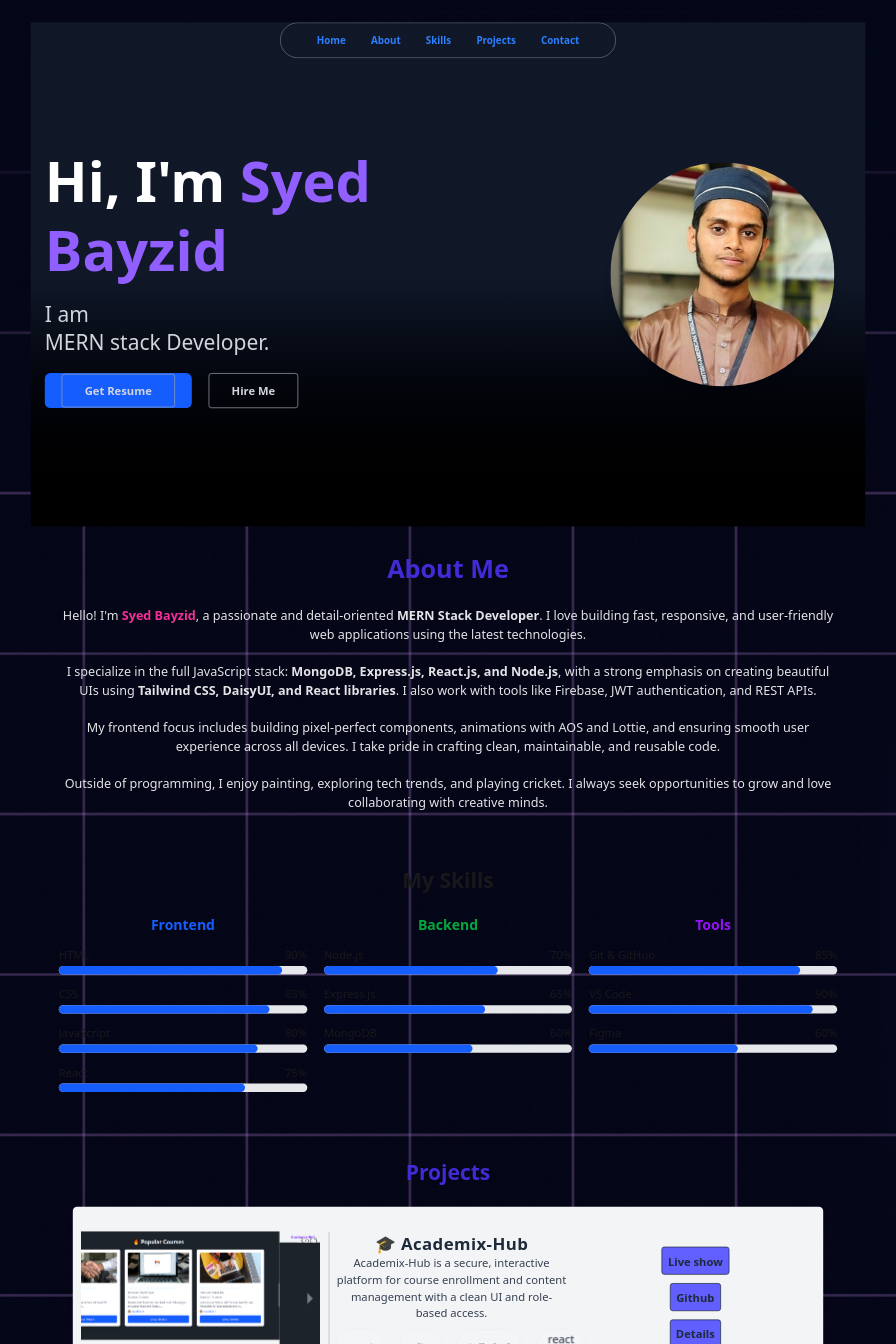
Repository: syedbayzid82849/syed-bayzid
Page: /
The author's editor kept a copy of each file at every save. The page is drawn from the files as they stood at one save, then again after a run of saves.
The browser window is 1280 px wide. The pictures show the part of the page from y = 0 to 1920 px (the page is 2972 px tall), at 70% of full size.
The project was rebuilt for these pictures with package versions that can differ from the ones it lists, and the page was loaded fresh each time. Also part of the build but not shown: vite.config.js, src/App.jsx.

Above is the page before, as saved 2025-08-11 16:54:20.

### index.html
<!doctype html>
<html lang="en">

<head>
  <meta charset="UTF-8" />
  <meta name="viewport" content="width=device-width, initial-scale=1.0" />
  <title>Syed Bayzid</title>
</head>

<body>
  <div id="root"
    style="background-image: url('/src/assets/hero-bg.png'); background-size: cover; background-position: center; min-height: 100vh;">
  </div>
  <script type="module" src="/src/main.jsx"></script>
</body>

</html>

### src/main.jsx
import { StrictMode } from 'react'
import { createRoot } from 'react-dom/client'
import './index.css'
import App from './App.jsx'
import router from './Router/Root/router.jsx'
import { RouterProvider } from 'react-router'

createRoot(document.getElementById('root')).render(
  <StrictMode>
    <div className="max-w-7xl mx-auto"
    >
      <RouterProvider router={router} />
    </div>
  </StrictMode>,
)

### src/index.css
@import "tailwindcss";
@plugin "daisyui";

html {
  scroll-behavior: smooth;
}

/* @layer base {
  :root {
    --background: 222 47% 3%;
    --foreground: 210 40% 98%;
  }

  .dark {
    --background: 222 47% 3%;
    --foreground: 210 40% 98%;
  }
}

@layer base {
  * {
    @apply border-border;
  }

  body {
    @apply bg-background text-foreground font-sans;
  }
}

@layer components {
  .hero-gradient {
    background: var(--gradient-hero);
  }

  .code-block {
    background: var(--gradient-code);
    @apply border border-muted rounded-lg p-3 font-code text-sm;
  }
} */
@layer base {
  :root {
    --hero-primary: 271 81% 56%;
    --hero-secondary: 193 76% 56%;
    --hero-accent: 142 76% 36%;
    --card: 222 47% 5%;
    --card-foreground: 210 40% 98%;
    --muted: 217 33% 17%;
    --muted-foreground: 215 20% 65%;
    --accent: 193 76% 56%;
    --accent-foreground: 222 47% 3%;
  }
}

### src/Router/Root/router.jsx
import React from 'react';
import { createBrowserRouter } from 'react-router';
import HomeLayout from '../../Layouts/HomeLayout/HomeLayout';

const router = createBrowserRouter([
    {
        path: "/",
        element: <HomeLayout></HomeLayout>
    },
]);

export default router;

### src/Layouts/HomeLayout/HomeLayout.jsx
import React from 'react';
import Hero from '../../Components/HomeComponents/Hero';
import AboutMe from '../../Components/AboutMe/AboutMe';
import SkillsSection from '../../Components/SkillsSection/SkillsSection';
import MainProjectsSection from '../../Components/Projects/MainProjectsSection/MainProjectsSection';
import ContactInfo from '../../Components/ContactInfo/ContactInfo';
import Footer from '../../Components/Footer/Footer';
import Navbar from '../../Components/HomeComponents/Navbar/Navbar';

const HomeLayout = () => {
    return (
        <div className='px-3'>
            <Navbar></Navbar>
            <Hero></Hero>
            <AboutMe></AboutMe>
            <SkillsSection></SkillsSection>
            <MainProjectsSection></MainProjectsSection>
            <ContactInfo></ContactInfo>
            <Footer></Footer>
        </div>
    );
};

export default HomeLayout;

### src/Components/HomeComponents/Hero.jsx
import React from 'react';
import toast from 'react-hot-toast';
import { styles } from '../../../style';
import mainProfile from '../../assets/SB.jpg';
import { motion } from 'framer-motion';

const Hero = () => {
    const handleResumeDownload = () => {
        toast.success('Downloading Resume...');
    };

    return (
        <section
            id="home"
            className="bg-gradient-to-b from-gray-900 via-gray-900 to-black text-white transition-colors duration-300 min-h-screen flex items-center"
        >
            <div className="container mx-auto flex flex-col-reverse lg:flex-row items-center justify-between px-5 sm:py-12 gap-10">
                {/* Left Text Content */}
                <motion.div
                    initial={{ opacity: 0, y: 40 }}
                    animate={{ opacity: 1, y: 0 }}
                    transition={{ duration: 0.8 }}
                    className="space-y-6"
                >
                    <div className="max-w-lg text-center lg:text-left space-y-6">
                        <h1 className={`${styles.heroHeadText} text-white`}>
                            Hi, I'm <span className="text-[#915EFF]">Syed Bayzid</span>
                        </h1>
                        <p className={`${styles.heroSubText} mt-2 text-gray-300`}>
                            I am <br className="sm:block hidden" />
                            MERN stack Developer.
                        </p>

                        <div className="flex justify-center lg:justify-start gap-6 mt-6">
                            <motion.button
                                whileHover={{ scale: 1.05 }}
                                whileTap={{ scale: 0.95 }}
                                className="px-6 py-3 bg-blue-600 rounded-lg font-medium hover:bg-blue-700 transition"
                            >
                                                            <a
                                href="/CV of Syed Bayzid.pdf"
                                download
                                target="_blank"
                                rel="noopener noreferrer"
                                onClick={handleResumeDownload}
                                className="px-8 py-3 font-semibold border border-gray-400 rounded text-gray-300 hover:bg-[#915EFF] hover:text-white transition"
                            >
                                Get Resume
                            </a>
                            </motion.button>

                            <a
                                href="https://www.linkedin.com/in/syed-bayzid-b91343329/"
                                target="_blank"
                                rel="noopener noreferrer"
                                className="px-8 py-3 font-semibold border border-gray-400 rounded text-gray-300 hover:bg-gray-700 transition"
                            >
                                Hire Me
                            </a>
                        </div>
                    </div>
                </motion.div>


                {/* Right Image */}
                <div className="flex items-center justify-center p-6 h-72 sm:h-80 lg:h-96 xl:h-[28rem] 2xl:h-[32rem]">
                    <img
                        src={mainProfile}
                        alt="Syed Bayzid Profile"
                        className="rounded-full object-cover w-64 h-64 sm:w-72 sm:h-72 lg:w-80 lg:h-80 shadow-lg"
                    />
                </div>
            </div>
        </section>
    );
};

export default Hero;

// {/* Left Content */}
// <motion.div
//     initial={{ opacity: 0, y: 40 }}
//     animate={{ opacity: 1, y: 0 }}
//     transition={{ duration: 0.8 }}
//     className="space-y-6"
// >
//     <h1 className="text-4xl md:text-6xl font-bold leading-tight">
//         Build Your Dream with <span className="text-blue-500">Creativity</span>
//     </h1>
//     <p className="text-gray-300 max-w-md">
//         A short inspiring description that matches your service.
//         Showcase your brand with engaging animations and stunning visuals.
//     </p>

//     <div className="flex gap-4">

//             Get Started
//         </motion.button>


//             Learn More
//         </motion.button>
//     </div>
// </motion.div>

// {/* Right Image */}
// <motion.div
//     initial={{ opacity: 0, scale: 0.8 }}
//     animate={{ opacity: 1, scale: 1 }}
//     transition={{ duration: 0.8, delay: 0.3 }}
//     className="flex justify-center"
// >
//     <img
//         src="https://via.placeholder.com/500"
//         alt="Hero Graphic"
//         className="w-full max-w-md rounded-xl shadow-lg"
//     />
// </motion.div>

### src/Components/AboutMe/AboutMe.jsx
// src/components/AboutMe.jsx
import React from 'react';

const AboutMe = () => {
    return (
        <section id="about" className="px-5 max-w-6xl py-10 mx-auto md:px-5 ">
            <h2 className="text-4xl font-bold text-center mb-8 text-primary">About Me</h2>
            <div className=" mx-auto text-lg text-neutral-content space-y-6">
                <p>
                    Hello! I'm <span class="font-semibold text-secondary">Syed Bayzid</span>, a passionate and detail-oriented <strong>MERN Stack Developer</strong>. I love building fast, responsive, and user-friendly web applications using the latest technologies.
                </p>
                <p>
                    I specialize in the full JavaScript stack: <strong>MongoDB, Express.js, React.js, and Node.js</strong>, with a strong emphasis on creating beautiful UIs using <strong>Tailwind CSS, DaisyUI, and React libraries</strong>. I also work with tools like Firebase, JWT authentication, and REST APIs.
                </p>
                <p>
                    My frontend focus includes building pixel-perfect components, animations with AOS and Lottie, and ensuring smooth user experience across all devices. I take pride in crafting clean, maintainable, and reusable code.
                </p>
                <p>
                    Outside of programming, I enjoy painting, exploring tech trends, and playing cricket. I always seek opportunities to grow and love collaborating with creative minds.
                </p>
            </div>
        </section>
    );
};

export default AboutMe;

### src/Components/SkillsSection/SkillsSection.jsx
import React from 'react';

const SkillsSection = () => {
    const frontendSkills = [
        { name: 'HTML', level: 90 },
        { name: 'CSS', level: 85 },
        { name: 'JavaScript', level: 80 },
        { name: 'React', level: 75 },
    ];

    const backendSkills = [
        { name: 'Node.js', level: 70 },
        { name: 'Express.js', level: 65 },
        { name: 'MongoDB', level: 60 },
    ];

    const tools = [
        { name: 'Git & GitHub', level: 85 },
        { name: 'VS Code', level: 90 },
        { name: 'Figma', level: 60 },
    ];

    const renderSkillBar = (skill) => (
        <div key={skill.name} className="mb-4">
            <div className="flex justify-between mb-1">
                <span>{skill.name}</span>
                <span>{skill.level}%</span>
            </div>
            <div className="w-full bg-gray-200 rounded-full h-3">
                <div
                    className="bg-blue-600 h-3 rounded-full"
                    style={{ width: `${skill.level}%` }}
                ></div>
            </div>
        </div>
    );

    return (
        <section id="skills" className="py-10 px-5 max-w-6xl mx-auto">
            <h2 className="text-3xl font-bold text-center mb-8">My Skills</h2>
            <div className="grid md:grid-cols-3 gap-6">
                <div>
                    <h3 className="text-xl font-semibold mb-4 text-blue-600">Frontend</h3>
                    {frontendSkills.map(renderSkillBar)}
                </div>
                <div>
                    <h3 className="text-xl font-semibold mb-4 text-green-600">Backend</h3>
                    {backendSkills.map(renderSkillBar)}
                </div>
                <div>
                    <h3 className="text-xl font-semibold mb-4 text-purple-600">Tools</h3>
                    {tools.map(renderSkillBar)}
                </div>
            </div>
        </section>
    );
};

export default SkillsSection;

### src/Components/ContactInfo/ContactInfo.jsx
import React from 'react';
import { MdEmail, MdPhone, MdWhatsapp } from 'react-icons/md';

const ContactInfo = () => {
    return (
        <section id='contact' className="py-6 text-slate-100 transition-colors duration-300">
            <h1 className="text-4xl font-bold text-center mb-6 text">Contact</h1>
            <div className="grid max-w-6xl grid-cols-1 px-6 mx-auto lg:px-8 md:grid-cols-2 md:divide-x divide-gray-300 dark:divide-gray-700">
                <div className="py-6 md:py-0 md:px-6">
                    <h2 className="text-3xl font-bold mb-6">Contact Information</h2>
                    <p className="pt-2 pb-4">Fill in the form to start a conversation</p>
                    <div className="space-y-6 text-left">
                        <div className="flex items-center gap-4">
                            <MdEmail className="text-2xl text-blue-600" />
                            <a href="mailto:husains82849@gmail.com" className="text-lg hover:underline">
                                husains82849@gmail.com
                            </a>
                        </div>

                        <div className="flex items-center gap-4">
                            <MdPhone className="text-2xl text-green-600" />
                            <a href="tel:+8801703480840" className="text-lg hover:underline">
                                +880 1703 380 840
                            </a>
                        </div>

                        <div className="flex items-center gap-4">
                            <MdWhatsapp className="text-2xl text-green-500" />
                            <a href="https://wa.me/8801703480840" target="_blank" rel="noopener noreferrer" className="text-lg hover:underline">
                                WhatsApp Me
                            </a>
                        </div>
                    </div>
                </div>

                <form noValidate className="flex flex-col py-6 space-y-6 md:py-0 md:px-6">
                    <label className="block">
                        <span className="mb-1 block">Full name</span>
                        <input
                            type="text"
                            placeholder="Leroy Jenkins"
                            className="py-2 w-full rounded-md shadow-sm focus:ring focus:ring-opacity-75 focus:ring-blue-400 dark:focus:ring-blue-500 bg-white dark:bg-gray-800 border border-gray-300 dark:border-gray-700 text-black dark:text-white"
                        />
                    </label>
                    <label className="block">
                        <span className="mb-1 block">Email address</span>
                        <input
                            type="email"
                            placeholder="leroy@jenkins.com"
                            className="py-2 w-full rounded-md shadow-sm focus:ring focus:ring-opacity-75 focus:ring-blue-400 dark:focus:ring-blue-500 bg-white dark:bg-gray-800 border border-gray-300 dark:border-gray-700 text-black dark:text-white"
                        />
                    </label>
                    <label className="block">
                        <span className="mb-1 block">Message</span>
                        <textarea
                            rows="3"
                            className="w-full rounded-md shadow-sm focus:ring focus:ring-opacity-75 focus:ring-blue-400 dark:focus:ring-blue-500 bg-white dark:bg-gray-800 border border-gray-300 dark:border-gray-700 text-black dark:text-white"
                        ></textarea>
                    </label>
                    <button
                        type="button"
                        className="self-center px-8 py-3 text-lg rounded transition-all duration-300 bg-blue-500 text-white hover:bg-white hover:text-black border border-blue-500 dark:hover:bg-gray-100 dark:hover:text-black"
                    >
                        Submit
                    </button>
                </form>
            </div>
        </section>
    );
};

export default ContactInfo;

### src/Components/HomeComponents/Navbar/Navbar.jsx
import {  Link } from 'react-router';

const Navbar = () => {
    const links = (
        <>
            <li>
                <a
                    href="#home"
                    className=" text-blue-500 font-bold hover:border-blue-800"
                >
                    Home
                </a>
            </li>
            <li>
                <a
                    href="#about"
                    className=" text-blue-500 font-bold hover:border-blue-800"
                >
                    About
                </a>
            </li>
            <li>
                <a
                    href="#skills"
                    className=" text-blue-500 font-bold hover:border-blue-800"
                >
                    Skills
                </a>
            </li>
            <li>
                <a
                    href="#projects"
                    className=" text-blue-500 font-bold hover:border-blue-800"
                >
                    Projects
                </a>
            </li>
            <li>
                <a
                    href="#contact"
                    className=" text-blue-500 font-bold hover:border-blue-800"
                >
                    Contact
                </a>
            </li>
        </>
    );

    return (
        <div className="Navbar shadow-sm ">
            <div className="Navbar-start w-auto fixed">
                <div className="dropdown">
                    <div tabIndex={0} role="button" className="btn btn-ghost lg:hidden">
                        <svg xmlns="http://www.w3.org/2000/svg" className="h-5 w-5" fill="none" viewBox="0 0 24 24" stroke="currentColor">
                            <path strokeLinecap="round" strokeLinejoin="round" strokeWidth="2" d="M4 6h16M4 12h8m-8 6h16" />
                        </svg>
                    </div>
                    <ul tabIndex={0} className="menu menu-sm dropdown-content bg-base-100 rounded-box z-1 mt-3 w-52 p-2 shadow">
                        {links}
                    </ul>
                </div>
            </div>

            <div className="Navbar-center hidden lg:flex justify-center flex-1 ">
                <ul className="menu menu-horizontal px-10  gap-3 fixed border border-gray-500 rounded-full">
                    {links}
                </ul>
            </div>
        </div>

    );
};

export default Navbar;

Loaded but not shown: src/App.css (common file); style.js (common file); src/Components/Footer/Footer.jsx (58 lines, source omitted); src/Components/Projects/MainProjectsSection/MainProjectsSection.jsx (95 lines, source omitted)

After the next 2 saves:
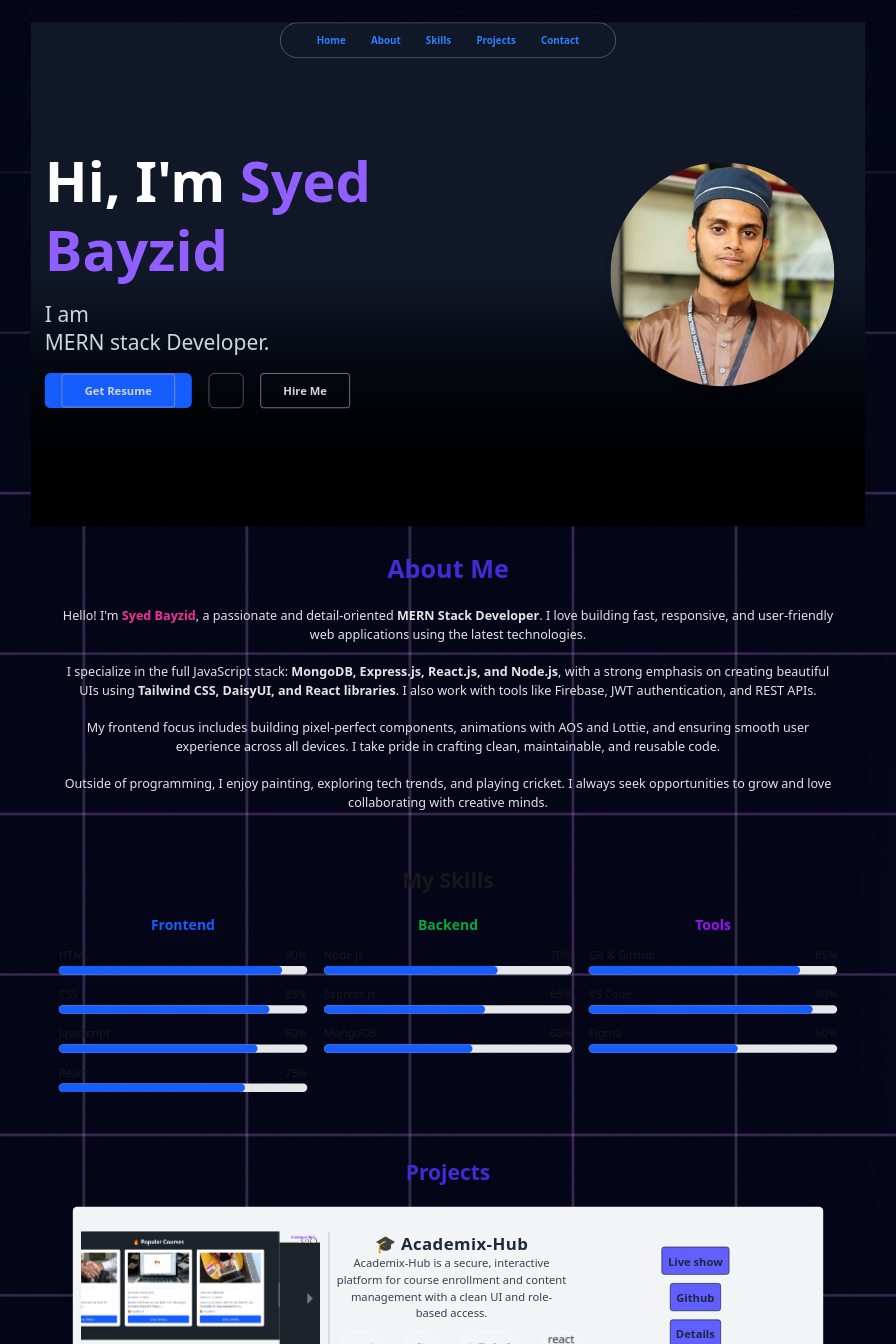
The 2 saves are shown as one change because they came seconds apart.
The last was saved 11 s later.
--- a/src/Components/HomeComponents/Hero.jsx
+++ b/src/Components/HomeComponents/Hero.jsx
@@ -48,7 +48,13 @@ const Hero = () => {
                                 Get Resume
                             </a>
                             </motion.button>
+        <motion.button
+            whileHover={{ scale: 1.05 }}
+            whileTap={{ scale: 0.95 }}
+            className="px-6 py-3 border border-gray-500 rounded-lg font-medium hover:bg-gray-800 transition"
+        >
 
+        </motion.button>
                             <a
                                 href="https://www.linkedin.com/in/syed-bayzid-b91343329/"
                                 target="_blank"
